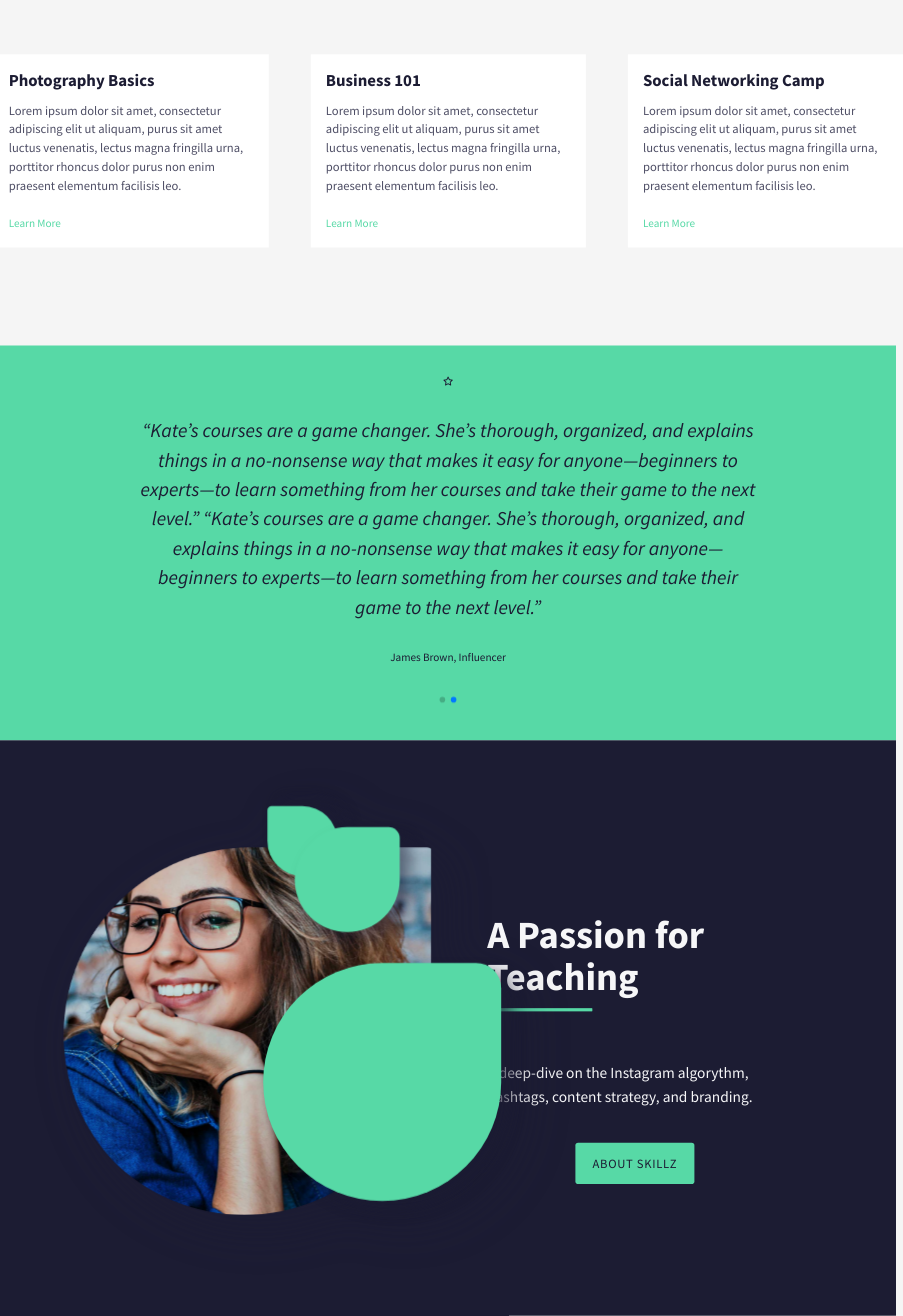
Repository: saidabbasun/skillz
Page: /
The author's editor kept a copy of each file at every save. The page is drawn from the files as they stood at one save, then again after a run of saves.
The browser window is 1280 px wide. The page is 1290 px wide, so the pictures cover 1290 px, including what lies to the right of the window. The pictures show the part of the page from y = 3471 to 5351 px (the page is 5351 px tall), at 70% of full size.
The project was rebuilt for these pictures with package versions that can differ from the ones it lists, and the page was loaded fresh each time.

Above is the page before, as saved 2022-06-13 19:08:56.

After the next 2 saves:
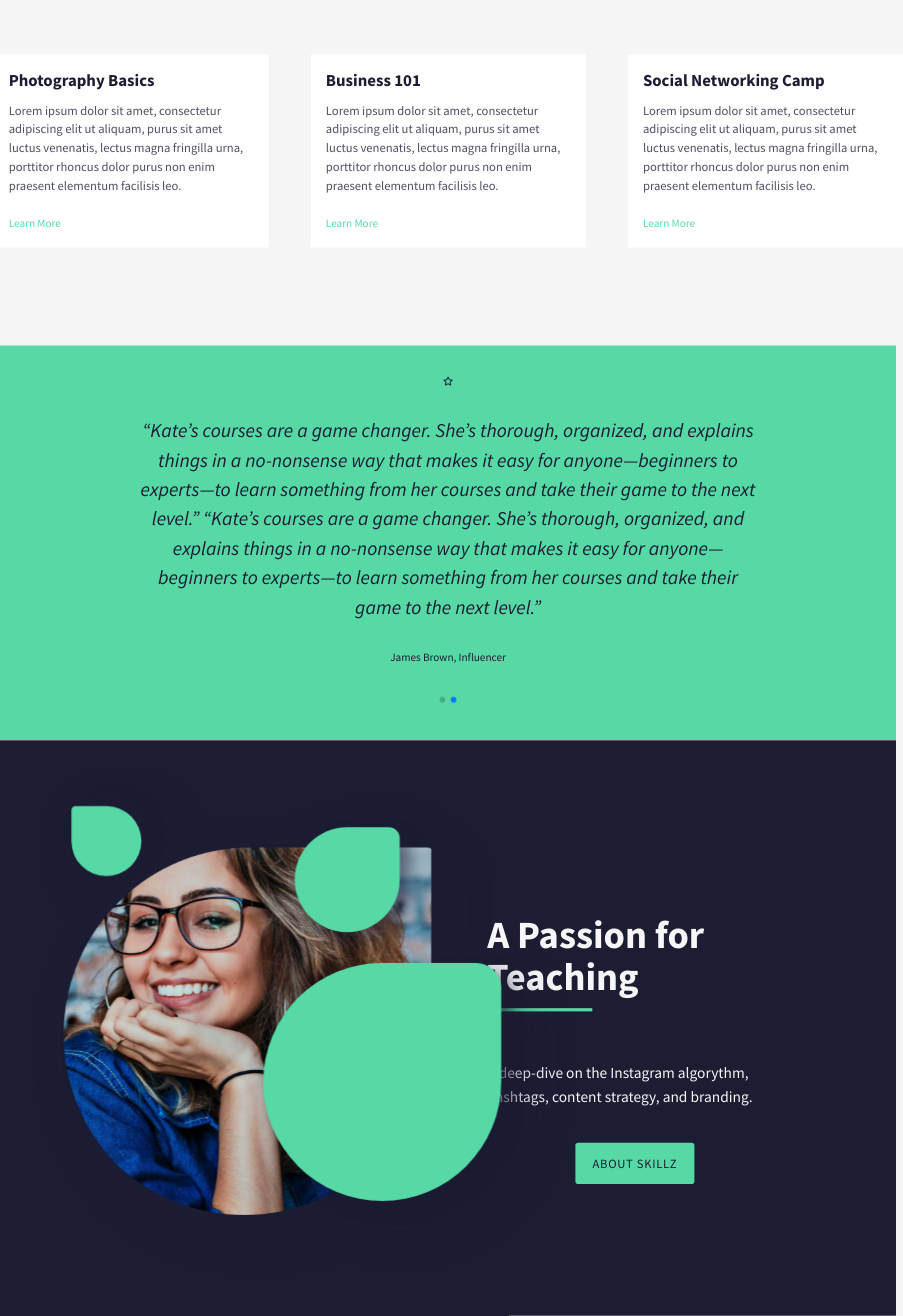
The 2 saves are shown as one change because they came seconds apart.
The last was saved 12 s later.
--- a/src/styles/About.scss
+++ b/src/styles/About.scss
@@ -18,6 +18,6 @@
 
     //   }
       .Rectangle1{
-
+        left: 20px;
       }
 }
